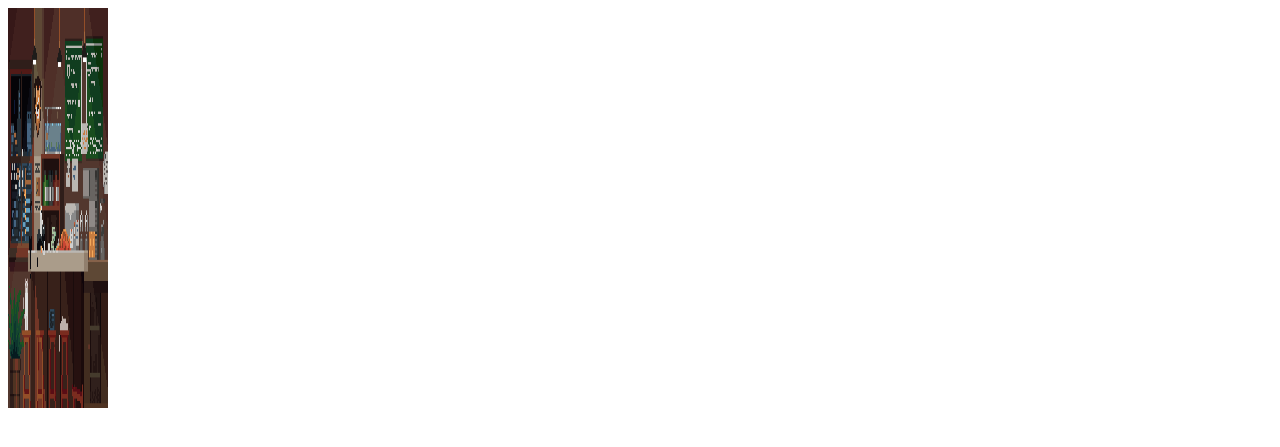
Repository: kayacancode/stixnbrix2dpixel
Page: / (app in my-app/)
An editor plug-in stored every save of this project. The page is shown before and after the next save, followed by the edit.
The browser window is 1280 px wide. The pictures show the whole page.
The project was rebuilt for these pictures with package versions that can differ from the ones it lists, and the page was loaded fresh each time. The framework's server and built-in components were replaced by stand-ins that run in the browser. Also part of the build but not shown: my-app/next.config.js, my-app/styles/globals.css.

Above is the page before, as saved 2023-03-25 17:45:49.

After the next save:
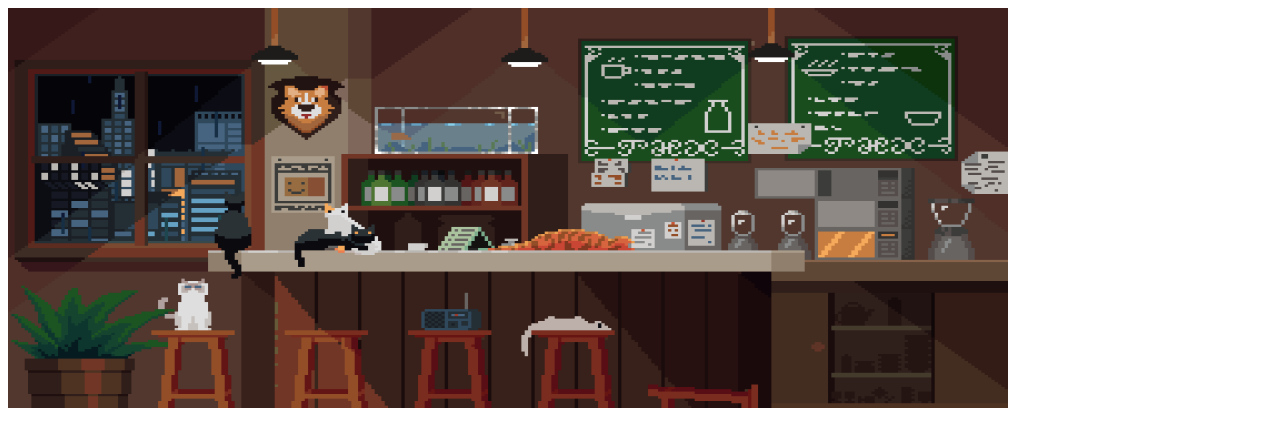
Saved 108 s later.
--- a/my-app/pages/index.tsx
+++ b/my-app/pages/index.tsx
@@ -12,7 +12,7 @@ export default function Home() {
   <div className="">
 
 
-        <Image src="/bg.png" width={100} height={400} alt="Your Image"  />
+        <Image src="/bg.png" width={1000} height={400} alt="Your Image"  />
 
 
     </div>
